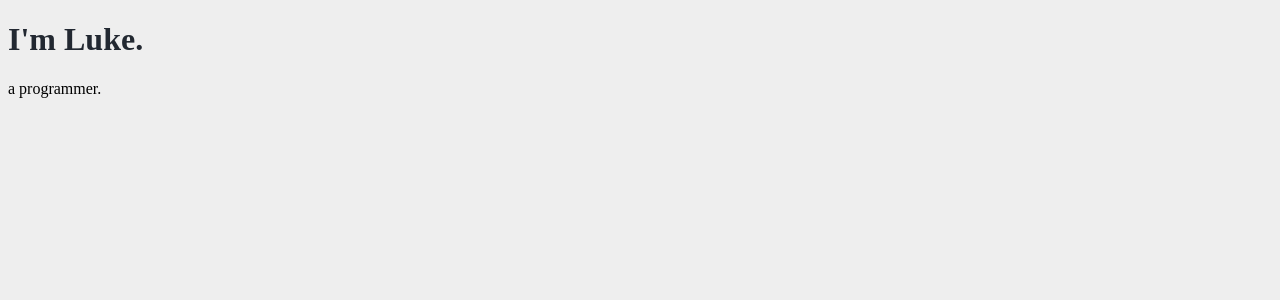
Repository: Isanderr/simple_landing_page-1
Page: index.html
The author's editor kept a copy of each file at every save. The page is drawn from the files as they stood at one save, then again after the next save.
The browser window is 1280 px wide. The pictures show the whole page.

Above is the page before, as saved 2019-01-30 21:52:27.

### index.html
<!DOCTYPE html>
<html lang="en">

    <head>
        <meta charset="UTF-8">
        <meta name="viewport" content="width=device-width, initial-scale=1.0">
        <meta http-equiv="X-UA-Compatible" content="ie=edge">
        <title>CendrowskiL</title>
        <link rel="stylesheet" href="css/styles.css">
        <link rel="shortcut icon" href="img/favicon.ico" type="image/x-icon">
    </head>

    <body>
    </body>
    <div class="">
        <h1>I'm Luke.</h1>
        <p>a programmer.</p>
    </div>
    </body>

</html>

### css/styles.css
body {
    background-color: #eeeeee;
}

hr {
    border-style: none;
    border-top-style: dotted;
    width: 5%;
    border-color: #393e46;
    border-width: 5px;
}

img {
    height: 200px;
}

h1{
color: #222831;
}

h2{
color: #222831;
}

After the next save:
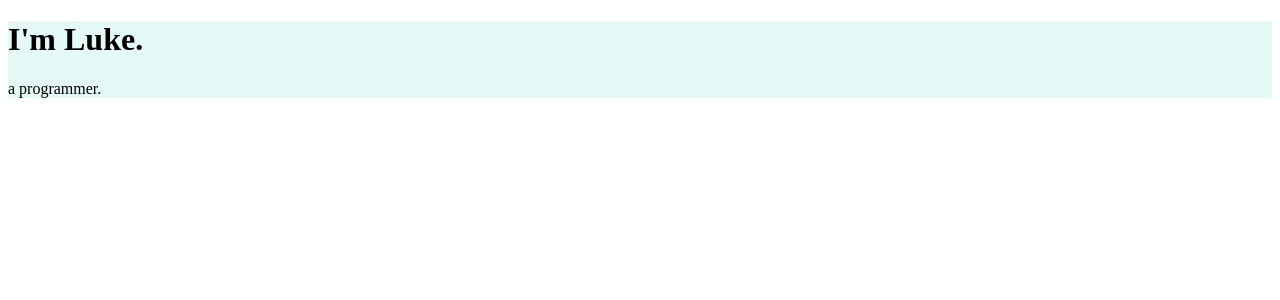
Saved 2 min 22 s later.
--- a/css/styles.css
+++ b/css/styles.css
@@ -1,23 +1,3 @@
-body {
-    background-color: #eeeeee;
+div{
+    background-color: #E4f9f5;
 }
-
-hr {
-    border-style: none;
-    border-top-style: dotted;
-    width: 5%;
-    border-color: #393e46;
-    border-width: 5px;
-}
-
-img {
-    height: 200px;
-}
-
-h1{
-color: #222831;
-}
-
-h2{
-color: #222831;
-}
